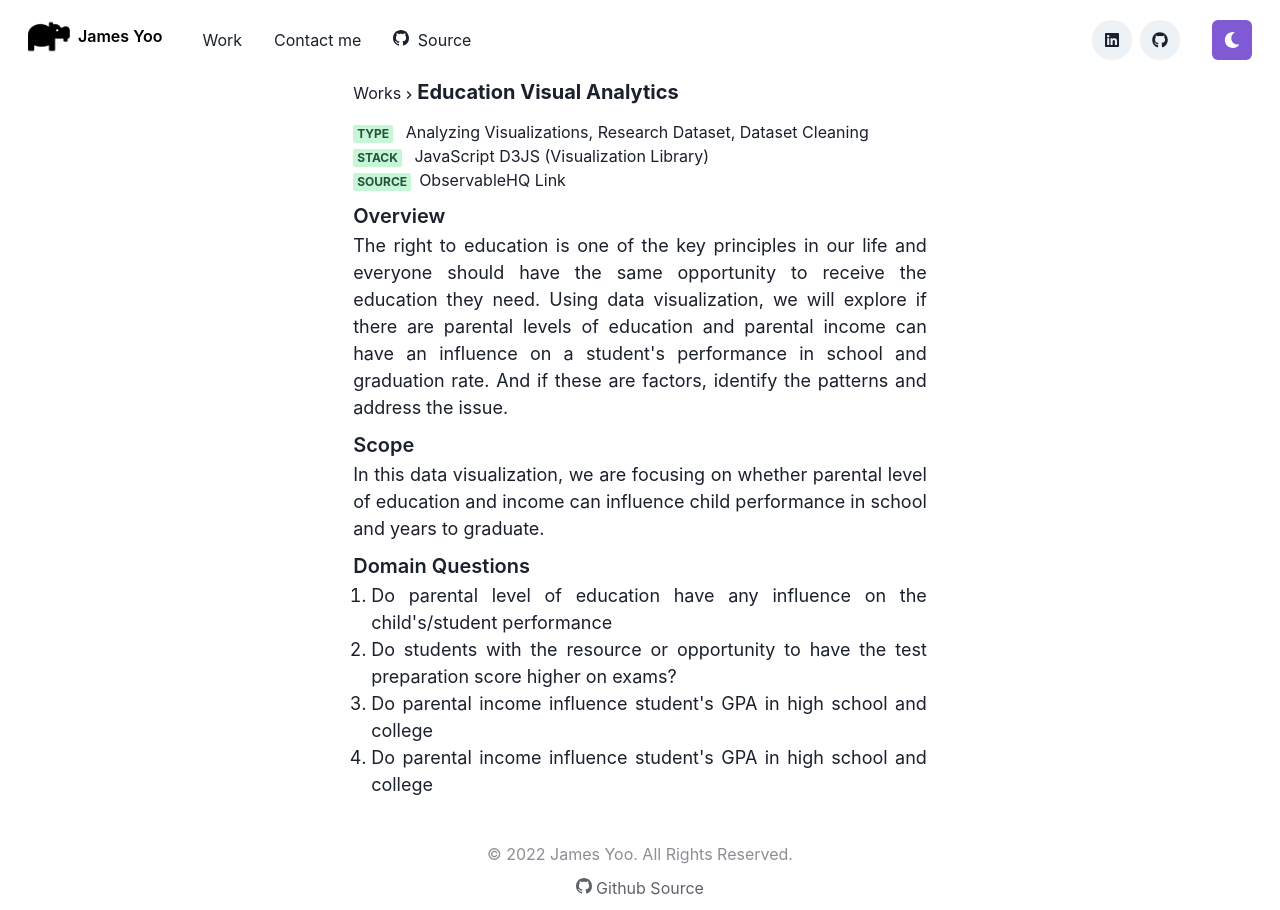
Repository: jammy729/portfolio-2022
Page: /work/educationvisualanalytics
The author's editor kept a copy of each file at every save. The page is drawn from the files as they stood at one save, then again after a run of saves.
The browser window is 1280 px wide. The pictures show the whole page.
The project was rebuilt for these pictures with package versions that can differ from the ones it lists, and the page was loaded fresh each time. Also part of the build but not shown: src/components/home.js, src/components/contact.js, src/components/layouts/layout.js, src/components/work/work.js, src/components/work/Development/WorldInstitutionDatabase/worldinstitutiondatabase.js, src/components/work/Development/GeoMemories/geomemories.js, src/components/work/Design/ExperienceDesign/experiencedesign.js, src/components/work/Development/PersonalPortfolio/personalportfolio.js. Imported but missing from the stored project, and not drawn on this page: src/components/work/Design/FinestCup/finestcup, src/components/work/Development/WorldInstitutionDatabase/universityDatabase.mp4.

Above is the page before, as saved 2022-06-28 15:10:34.

### public/index.html
<!DOCTYPE html>
<html lang="en">
  <head>
    <meta charset="utf-8" />
    <meta name="viewport" content="width=device-width, initial-scale=1" />

    <link rel="shortcut icon" href="%PUBLIC_URL%/hippo.png" />
    <link rel="manifest" href="%PUBLIC_URL%/manifest.json" />

    <title>James Yoo</title>
  </head>
  <body>
    <div id="root"></div>
  </body>
</html>

### src/index.js
import React from 'react'
import ReactDOM from 'react-dom/client'
import './index.css'
import App from './components/App'
import { ChakraProvider, ColorModeScript } from '@chakra-ui/react'

const root = ReactDOM.createRoot(document.getElementById('root'))
root.render(
  <React.StrictMode>
    <ChakraProvider>
      <ColorModeScript initialColorMode='light' />
      <App />
    </ChakraProvider>
  </React.StrictMode>
)

### src/index.css
html, body {
    height: 100%;
  }

### src/components/App.js
import React from 'react'
import Navbar from './navbar'
import { BrowserRouter as Router, Routes, Route } from 'react-router-dom'
import Home from './home'
import Contact from './contact'
import Work from './work/work'
import Footer from './footer'

import UniversityDatabase from './work/Development/WorldInstitutionDatabase/worldinstitutiondatabase'
import GeoMemories from './work/Development/GeoMemories/geomemories'
import FinestCup from './work/Design/FinestCup/finestcup'
import ExperienceDesign from './work/Design/ExperienceDesign/experiencedesign'
import EducationVisualAnalytic from './work/Development/EducationVisualAnalytics/educationvisualanalytics'
import PersonalPortfolio from './work/Development/PersonalPortfolio/personalportfolio'

const App = () => {
  return (
    <Router>
      <Navbar />
      <Routes>
        <Route exact path='/' element={<Home />} />

        <Route exact path='/work' element={<Work />} />
        <Route
          exact
          path='/work/worldinstitutiondatabase'
          element={<UniversityDatabase />}
        />
        <Route exact path='/work/geomemories' element={<GeoMemories />} />
        <Route
          exact
          path='/work/educationvisualanalytics'
          element={<EducationVisualAnalytic />}
        />
        <Route
          exact
          path='/work/personalportfolio'
          element={<PersonalPortfolio />}
        />

        <Route exact path='/work/finestcup' element={<FinestCup />} />
        <Route
          exact
          path='/work/experiencedesign'
          element={<ExperienceDesign />}
        />
        <Route exact path='/contact' element={<Contact />} />
      </Routes>
      <Footer />
    </Router>
  )
}

export default App

### src/components/navbar.js
import { Link } from 'react-router-dom'
import { IconButton } from '@chakra-ui/button'
import { useColorMode } from '@chakra-ui/color-mode'
import { HamburgerIcon } from '@chakra-ui/icons'
import { GoMarkGithub } from 'react-icons/go'
import {
  Flex,
  Stack,
  HStack,
  Spacer,
  MenuItem,
  MenuButton,
  Menu,
  MenuList,
  Box,
  MenuGroup,
  Text,
  Icon
} from '@chakra-ui/react'
import { FaSun, FaMoon, FaGithub, FaLinkedin } from 'react-icons/fa'

import Logo from './logo'
const Navbar = () => {
  const { colorMode, toggleColorMode } = useColorMode()
  const isDark = colorMode === 'dark'
  return (
    <Stack direction={'row'} p={5}>
      <Flex w='full' mx={2}>
        <Logo />

        <HStack
          ml={7}
          justifyContent='center'
          display={{ base: 'none', lg: 'flex' }}
        >
          <Menu>
            <Box px={3}>
              <Link to='./work'>
                <Text>Work</Text>
              </Link>
            </Box>
            <Box px={3}>
              <Link to='/contact'>Contact me</Link>
            </Box>
            <Box px={3} alignItems='center' display='inline-flex'>
              <a
                href='https://github.com/jammy729/portfolio-2022'
                target='blank'
              >
                <Icon as={GoMarkGithub} mr={1} /> Source
              </a>
            </Box>
          </Menu>
        </HStack>

        <Spacer />

        <Box flex={3} align='right' fontSize='md' fontWeight='semibold'>
          <Box flex={1} display={{ base: 'inline-block', lg: 'none' }}>
            <Menu isLazy id='navbar-menu'>
              <IconButton
                boxSize='3rem'
                mx={1}
                icon={isDark ? <FaSun /> : <FaMoon />}
                onClick={toggleColorMode}
                colorScheme={isDark ? 'orange' : 'purple'}
              />
              <MenuButton
                boxSize='3rem'
                as={IconButton}
                icon={<HamburgerIcon />}
                aria-label='Options'
                colorScheme={isDark ? 'blue' : 'blackAlpha'}
              />
              <MenuList w={['80vw', '50vw']}>
                <MenuGroup>
                  <MenuItem pl={5}>
                    <Link to='./work'>Work</Link>
                  </MenuItem>
                  <MenuItem pl={5}>
                    <Link to='./contact'>Contact</Link>
                  </MenuItem>
                  <MenuItem pl={5}>
                    <a
                      href='https://www.linkedin.com/in/james-yoo-b4a1231a5/'
                      target='blank'
                    >
                      <Icon as={FaLinkedin} mr={1} />
                      LinkedIn
                    </a>
                  </MenuItem>
                  <MenuItem pl={5}>
                    <a href='https://github.com/jammy729' target='blank'>
                      <Icon as={GoMarkGithub} mr={1} />
                      GitHub
                    </a>
                  </MenuItem>
                </MenuGroup>
              </MenuList>
            </Menu>
          </Box>
        </Box>

        <Box display={{ base: 'none', lg: 'flex' }}>
          <a
            href='https://www.linkedin.com/in/james-yoo-b4a1231a5/'
            target='blank'
          >
            <IconButton
              icon={<FaLinkedin />}
              isRound='true'
              linkButton={true}
              mx={2}
            />
          </a>
          <a href='https://github.com/jammy729' target='blank'>
            <IconButton icon={<FaGithub />} isRound='true' linkButton={true} />
          </a>
          <IconButton
            ml={8}
            icon={isDark ? <FaSun /> : <FaMoon />}
            onClick={toggleColorMode}
            colorScheme={isDark ? 'orange' : 'purple'}
          />
        </Box>
      </Flex>
    </Stack>
  )
}

export default Navbar

### src/components/footer.js
import { Box, Icon, Text, Container, HStack } from '@chakra-ui/react'
import styled from '@emotion/styled'
import { GoMarkGithub } from 'react-icons/go'

const Bottom = styled.div`
  position: relative;
  width: 100%;
  text-align: center;
  padding-bottom: 10px;
`

const Footer = () => {
  return (
    <Box as='footer'  w="100%" position="absolute" justifyContent="space-between" mt='2rem'>
      <Container opacity={0.5}>
        <Bottom>
          &copy; {new Date().getFullYear()} James Yoo. All Rights Reserved.
        </Bottom>
      </Container>

      <HStack>
        <Bottom>
          <a
            href='https://github.com/jammy729/portfolio-2022'
            target='_blank'
            rel='noopener noreferrer'
          >
            <Text
              opacity={0.7}
              _hover={{
                opacity: '1'
              }}
            >
              <Icon as={GoMarkGithub} mr={1} />
              Github Source
            </Text>
          </a>
        </Bottom>
      </HStack>
    </Box>
  )
}

export default Footer

### src/components/work/Development/EducationVisualAnalytics/educationvisualanalytics.js
import React from 'react'
import { Title, WorkImage, Tag } from '../../../layouts/work-grid'
import { Box, Container, List, ListItem, OrderedList } from '@chakra-ui/react'
import { Writing, DescriptionText } from '../../layout'

const EducationVisualAnalytics = () => {
  return (
    <Box>
      <Container>
        <Title>Education Visual Analytics</Title>
        {/* BADGES  */}
        <List>
          <ListItem>
            <Tag> Type </Tag> Analyzing Visualizations, Research Dataset,
            Dataset Cleaning
          </ListItem>
          <ListItem>
            <Tag> Stack </Tag> JavaScript D3JS (Visualization Library)
          </ListItem>
          <ListItem>
            <Tag> Source </Tag>
            <a
              target='blank'
              href='https://observablehq.com/@jamesyoo/iat-355-final-project-spring-2021/2'
            >
              ObservableHQ Link
            </a>
          </ListItem>
        </List>

        {/* OVERVIEW   */}
        <Writing size='md' title='Overview' />
        <DescriptionText>
          The right to education is one of the key principles in our life and
          everyone should have the same opportunity to receive the education
          they need. Using data visualization, we will explore if there are
          parental levels of education and parental income can have an influence
          on a student's performance in school and graduation rate. And if these
          are factors, identify the patterns and address the issue.
        </DescriptionText>

        {/* SCOPE  */}
        <Writing size='md' title='Scope' />
        <DescriptionText>
          In this data visualization, we are focusing on whether parental level
          of education and income can influence child performance in school and
          years to graduate.
        </DescriptionText>

        {/* DOMAIN QUESTIONS  */}
        <Writing size='md' title='Domain Questions' />
        <DescriptionText>
          <OrderedList>
            <ListItem>
              Do parental level of education have any influence on the
              child's/student performance
            </ListItem>
            <ListItem>
              Do students with the resource or opportunity to have the test
              preparation score higher on exams?
            </ListItem>
            <ListItem>
              Do parental income influence student's GPA in high school and
              college
            </ListItem>
            <ListItem>
              Do parental income influence student's GPA in high school and
              college
            </ListItem>
          </OrderedList>
        </DescriptionText>
      </Container>
    </Box>
  )
}

export default EducationVisualAnalytics

/* <Center>
<Container>
  <Title>Education Visual Analytic</Title>
  <Text fontSize={isLargeScreen ? "lg" : "lg"} py={3}>
    Designed and implemented an interactive visualization for
    multidimensional data using Observable.{" "}
  </Text>
  <Text fontSize={isLargeScreen ? "lg" : "lg"} py={3}>
    Implemented two datasets to investigate and question the impact of
    parental levels of education and income on the student's performance
    in school and graduation rate.
  </Text>
  <List py={2}>
    <ListItem>
      <Tag>Type</Tag> Academic Project
    </ListItem>
    <ListItem>
      <Tag>Stack</Tag> JavaScript and D3JS (visualization library)
    </ListItem>
    <ListItem>
      <Tag>Website</Tag>{" "}
      <a href="https://observablehq.com/@jamesyoo/iat-355-final-project-spring-2021/2">
        https://observablehq.com/@jamesyoo/iat-355-final-project-spring-2021/2
      </a>
    </ListItem>
  </List>
</Container>
</Center> */

### src/components/logo.js
import React from 'react'
import { Box, Center, Image, Heading, Text } from '@chakra-ui/react'
import { Link } from 'react-router-dom'
import { useColorMode } from '@chakra-ui/color-mode'
import styled from '@emotion/styled'
import HippoImg from '../contents/hippo.png'
import HippoImgDark from '../contents/hippo-dark.png'
import { useMediaQuery } from '@chakra-ui/react'

const LogoBox = styled.span`
  display: inline-flex;
  align-items: center;

  &:hover img {
    transform: rotate(-10deg);
  }
`
const Logo = () => {
  const { colorMode } = useColorMode()
  const isDark = colorMode === 'dark'
  const [isLargeScreen] = useMediaQuery('(min-width:750px)')
  return (
    <Box>
      <Center>
        <LogoBox>
          <Image
            src={isDark ? HippoImgDark : HippoImg}
            w={{ base: '50px' }}
            pr={2}
          />
          <Heading
            justifyContent='center'
            size={isLargeScreen ? 'md' : 'md'}
            fontWeight='semibold'
            color={isDark ? 'white' : 'black'}
          >
            <Link to='/'>
              <Text fontSize='md'>James Yoo</Text>
            </Link>
          </Heading>
        </LogoBox>
      </Center>
    </Box>
  )
}

export default Logo

### src/components/layouts/work-grid.js
import React from 'react'
import { Link } from 'react-router-dom'
import {
  Box,
  LinkBox,
  LinkOverlay,
  Text,
  Image,
  Heading,
  Badge,
  Center
} from '@chakra-ui/react'
import { useMediaQuery } from '@chakra-ui/media-query'
import { ChevronRightIcon } from '@chakra-ui/icons'
import { useColorMode } from '@chakra-ui/color-mode'

export const WorkGrid = ({ children, id, title, thumbnail }) => {
  const [isLargeScreen] = useMediaQuery('(min-width:750px)')

  return (
    <Box maxW='100%' maxH='auto' pb={6} textAlign='center' position='relative'>
      <Link to={`/work/${id}`}>
        <LinkBox cursor='pointer'>
          <Image
            objectFit='cover'
            margin='auto'
            src={thumbnail}
            alt={title}
            placeholder='blur'
            w='100%'
            h={isLargeScreen ? '300px' : '270px'}
            borderRadius='lg'
            fallbackSrc='https://via.placeholder.com/150'
          />
          <LinkOverlay to={`/work/${id}`}>
            <Text mt={2} fontSize={20} fontWeight='semibold'>
              {title}
            </Text>
          </LinkOverlay>
          <Text fontSize={14} px={5}>
            {children}
          </Text>
        </LinkBox>
      </Link>
    </Box>
  )
}

export const Title = ({ children }) => (
  <Box>
    <Link to='/work'>Works</Link>
    <span>
      <ChevronRightIcon />
    </span>
    <Heading display='inline-block' as='h3' fontSize={20} mb={4}>
      {children}
    </Heading>
  </Box>
)

export const WorkImage = ({ src, alt, caption, w }) => {
  const { colorMode } = useColorMode()

  const isDark = colorMode === 'dark'
  return (
    <Box mb={3}>
      <Image borderRadius='2xl' w={w} src={src} alt={alt} mt={4} />
      <Center>
        <Text color={isDark ? 'gray.300' : 'gray.500'}>{caption}</Text>
      </Center>
    </Box>
  )
}

export const Tag = ({ children }) => (
  <Badge colorScheme='green' mr={2}>
    {children}
  </Badge>
)

### src/components/work/layout.js
import React from 'react'
import { Link } from 'react-router-dom'
import { useColorMode } from '@chakra-ui/color-mode'
import { useMediaQuery } from '@chakra-ui/media-query'

import {
  Center,
  Flex,
  Box,
  Text,
  Button,
  Stack,
  Heading,
  Image
} from '@chakra-ui/react'
import profile from '../work/Home/profile.JPG'
export const HeroSection = ({ name, role, work, contact, src }) => {
  const { colorMode } = useColorMode()
  const isDark = colorMode === 'dark'

  const [isLargeScreen] = useMediaQuery('(min-width:750px)')
  return (
    <Center>
      <Flex>
        <Box>
          <Center>
            <Image
              boxSize={isLargeScreen ? '300px' : '250px'}
              src={profile}
              objectFit='cover'
              borderRadius='lg'
            />
          </Center>

          <Text fontSize='3xl' fontWeight='semibold'>
            {name}
          </Text>
          <Text color={isDark ? 'gray.200' : 'black'} mb={4}>
            {role}
          </Text>
          <Stack direction={isLargeScreen ? 'row' : 'column'}>
            <Link to='./work'>
              <Button
                colorScheme='teal'
                cursor='pointer'
                variant='solid'
                w='100%'
              >
                {work}
              </Button>
            </Link>

            <Link to='./contact'>
              <Button
                colorScheme='teal'
                cursor='pointer'
                variant='outline'
                w='100%'
              >
                {contact}
              </Button>
            </Link>
          </Stack>
        </Box>
      </Flex>
    </Center>
  )
}

export const About = ({ title, bio }) => {
  const [isLargeScreen] = useMediaQuery('(min-width:750px)')

  return (
    <Center>
      <Box width={isLargeScreen ? '600px' : '80%'} margin='auto'>
        <Heading size={isLargeScreen ? 'md' : 'lg'} as='u'>
          {title}
        </Heading>
        <Text
          textAlign='justify'
          py='10px'
          fontSize={{ sm: 'lg', md: 'lg', lg: 'md' }}
        >
          {bio}
        </Text>
      </Box>
    </Center>
  )
}

export const Writings = ({ size, title, description }) => {
  return (
    <>
      <Heading size={size} mt={3} mb={1} fontWeight='semibold'>
        {title}
      </Heading>
      <Text mb={3} fontSize='lg' textAlign='justify'>
        {description}
      </Text>
    </>
  )
}

export const Writing = ({ size, title }) => {
  return (
    <>
      <Heading size={size} mt={3} mb={1} fontWeight='semibold'>
        {title}
      </Heading>
    </>
  )
}

export const DescriptionText = ({ children }) => {
  return (
    <>
      <Text mb={3} fontSize='lg' textAlign='justify'>
        {children}
      </Text>
    </>
  )
}

After the next 3 saves:
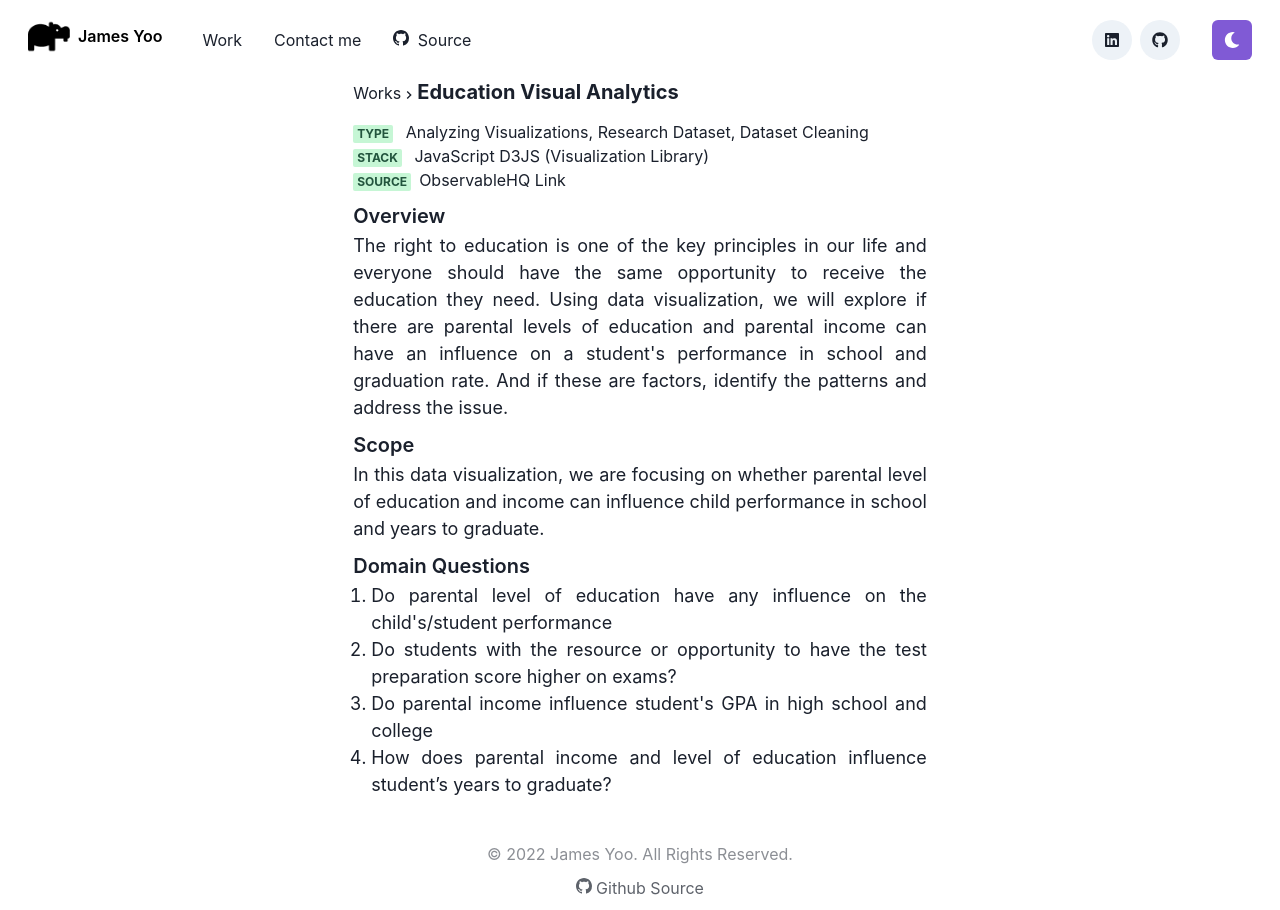
The 3 saves are shown as one change because they came seconds apart.
The last was saved 8 s later.
--- a/src/components/work/Development/EducationVisualAnalytics/educationvisualanalytics.js
+++ b/src/components/work/Development/EducationVisualAnalytics/educationvisualanalytics.js
@@ -64,8 +64,8 @@ const EducationVisualAnalytics = () => {
               college
             </ListItem>
             <ListItem>
-              Do parental income influence student's GPA in high school and
-              college
+              How does parental income and level of education influence
+              student’s years to graduate?
             </ListItem>
           </OrderedList>
         </DescriptionText>
